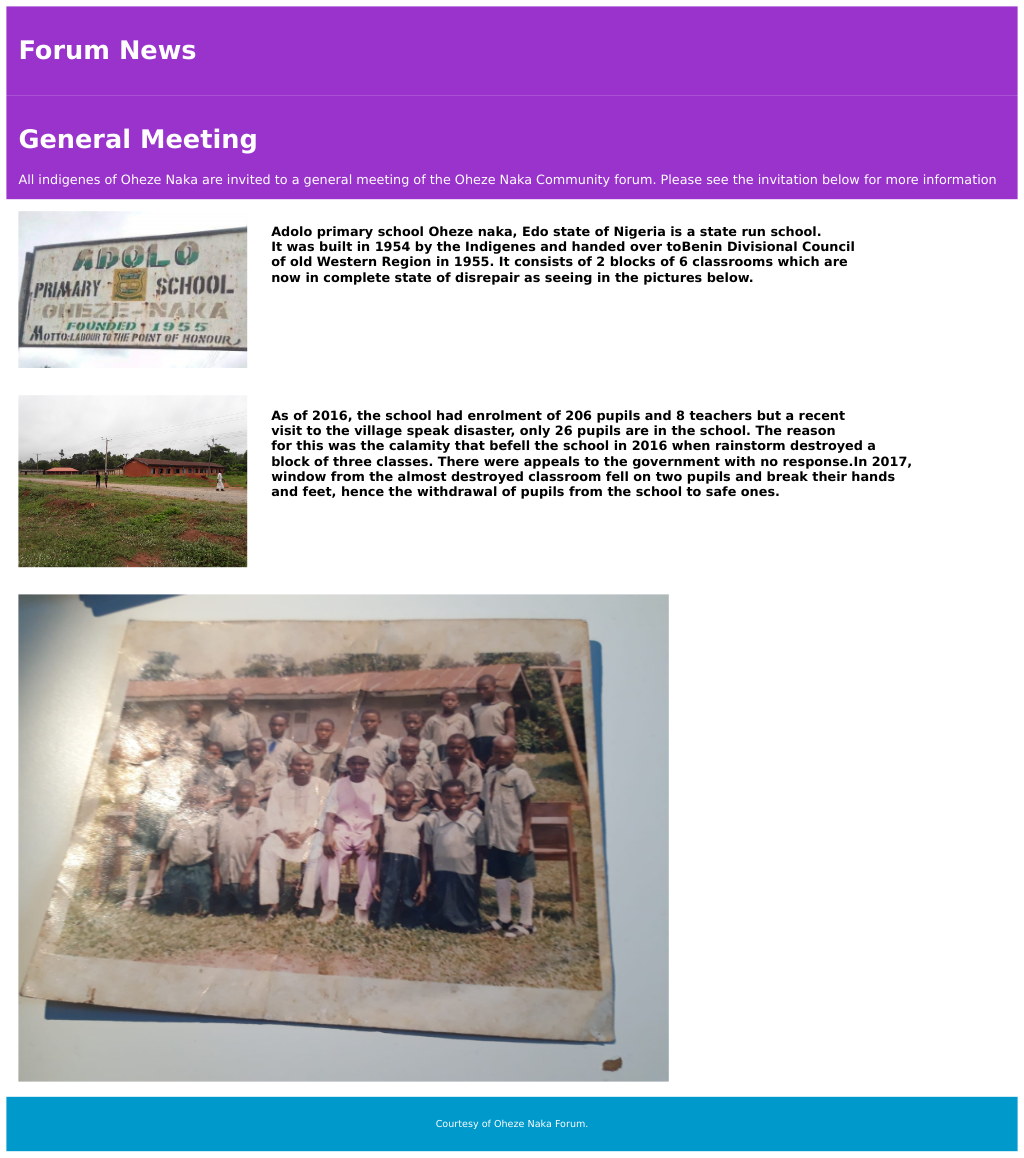
Repository: OtasowieRotimiOsifo/oheze-naka-forum
Page: activities.html
An editor plug-in stored every save of this project. The page is shown before and after the next save, followed by the edit.
The browser window is 1280 px wide. The pictures show the whole page, at 80% of full size.

Above is the page before, as saved 2021-03-20 21:22:25.

### activities.html
<!DOCTYPE html>
<html lang="en">
<head>
     <title>Oheze Naka Forum</title>

<meta name="viewport" content="width=device-width, initial-scale=1.0">

<style>
* {
  box-sizing: border-box;
}

.row::after {
  content: "";
  clear: both;
  display: table;
}

[class*="col-"] {
  float: left;
  padding: 15px;
}

img {
  max-width: 100%;
}

html {
  font-family: "Lucida Sans", sans-serif;
}

.header {
  background-color: #9933cc;
  color: #ffffff;
  padding: 15px;
}

.menu ul {
  list-style-type: none;
  margin: 0;
  padding: 0;
}

.menu li {
  padding: 8px;
  margin-bottom: 7px;
  background-color: #33b5e5;
  color: #ffffff;
  box-shadow: 0 1px 3px rgba(0,0,0,0.12), 0 1px 2px rgba(0,0,0,0.24);
}

.menu li:hover {
  background-color: #0099cc;
}

.aside {
  background-color: #33b5e5;
  padding: 15px;
  color: #ffffff;
  text-align: center;
  font-size: 14px;
  box-shadow: 0 1px 3px rgba(0,0,0,0.12), 0 1px 2px rgba(0,0,0,0.24);
}

.footer {
  background-color: #0099cc;
  color: #ffffff;
  text-align: center;
  font-size: 12px;
  padding: 15px;
}

/* For mobile phones: */
[class*="col-"] {
  width: 100%;
}

@media only screen and (min-width: 600px) {
  /* For tablets: */
  .col-s-1 {width: 8.33%;}
  .col-s-2 {width: 16.66%;}
  .col-s-3 {width: 25%;}
  .col-s-4 {width: 33.33%;}
  .col-s-5 {width: 41.66%;}
  .col-s-6 {width: 50%;}
  .col-s-7 {width: 58.33%;}
  .col-s-8 {width: 66.66%;}
  .col-s-9 {width: 75%;}
  .col-s-10 {width: 83.33%;}
  .col-s-11 {width: 91.66%;}
  .col-s-12 {width: 100%;}
}
@media only screen and (min-width: 768px) {
  /* For desktop: */
  .col-1 {width: 8.33%;}
  .col-2 {width: 16.66%;}
  .col-3 {width: 25%;}
  .col-4 {width: 33.33%;}
  .col-5 {width: 41.66%;}
  .col-6 {width: 50%;}
  .col-7 {width: 58.33%;}
  .col-8 {width: 66.66%;}
  .col-9 {width: 75%;}
  .col-10 {width: 83.33%;}
  .col-11 {width: 91.66%;}
  .col-12 {width: 100%;}
}
</style>

</head>
<body>
  <div class="header">
    <h1>Forum News</h1>
  </div>
  <div class="header">
    <h1>General Meeting</h1>
    <span> All indigenes of Oheze Naka are invited to a general meeting of the Oheze Naka Community forum. </span>
    <span>Please see the invitation below for more information</span>
  </div>
<div class="row">
<div class="col-3 col-s-3">
    <img src="img/school_sign2.jpg"/>
</div>
<div class="col-8 col-s-9">
<p>
<strong>
Adolo primary school Oheze naka, Edo state of Nigeria is a state run school.<br>
It was built in 1954 by the Indigenes and handed over toBenin Divisional Council <br>
of old Western Region in 1955. It consists of 2 blocks of 6 classrooms which are <br>
now in complete state of disrepair as seeing in the pictures below.
</strong>
</p>
</div>
</div>
<div class="row">
<div class="col-3 col-s-3">
    <img src="img/adolor.jpg"/>
</div>
<div class="col-8 col-s-9">
<p>
  <strong>
  As of 2016, the school had enrolment of 206 pupils and 8 teachers but a recent <br>
  visit to the village speak disaster, only 26 pupils are in the school. The reason <br>
  for this was the calamity that befell the school in 2016 when rainstorm destroyed a <br>
  block of three classes. There were appeals to the government with no response.In 2017,<br>
  window from the almost destroyed classroom fell on two pupils and break their hands <br>
  and feet, hence the withdrawal of pupils from the school to safe ones.
</strong>
</p>
</div>
</div>
<div class="row">
  <div class="col-8 col-s-12">
      <img src="img/pupils.jpeg"/>
  </div>
  </div>
<div class="footer">
  <p>Courtesy of Oheze Naka Forum.</p>
</div>
</body>
</html>

After the next save:
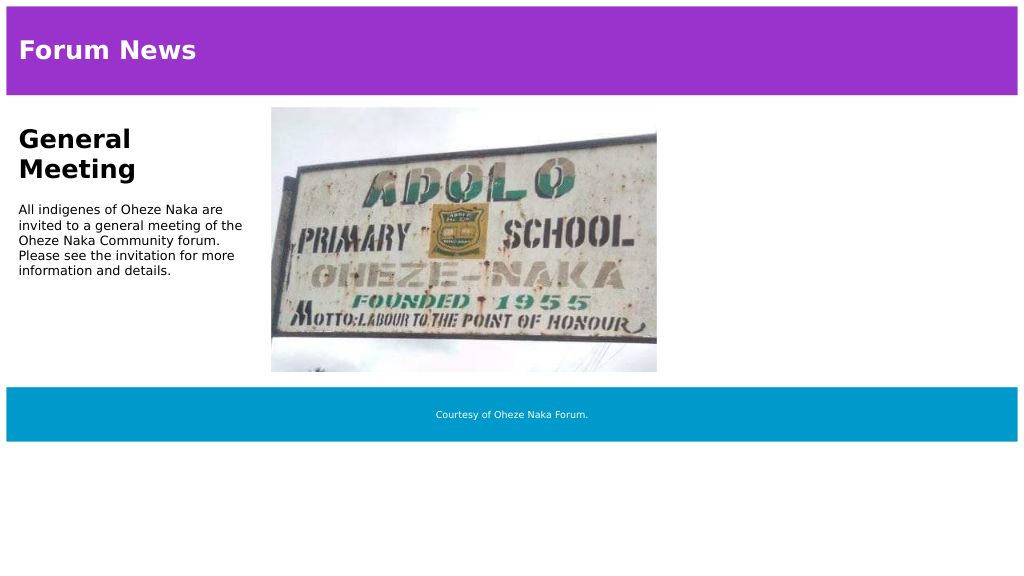
Saved 3 min 14 s later.
--- a/activities.html
+++ b/activities.html
@@ -112,48 +112,17 @@ html {
   <div class="header">
     <h1>Forum News</h1>
   </div>
-  <div class="header">
-    <h1>General Meeting</h1>
-    <span> All indigenes of Oheze Naka are invited to a general meeting of the Oheze Naka Community forum. </span>
-    <span>Please see the invitation below for more information</span>
-  </div>
 <div class="row">
+
 <div class="col-3 col-s-3">
-    <img src="img/school_sign2.jpg"/>
+  <h1>General Meeting</h1>
+  <span> All indigenes of Oheze Naka are invited to a general meeting of the Oheze Naka Community forum. </span>
+  <span>Please see the invitation for more information and details.</span>
 </div>
 <div class="col-8 col-s-9">
-<p>
-<strong>
-Adolo primary school Oheze naka, Edo state of Nigeria is a state run school.<br>
-It was built in 1954 by the Indigenes and handed over toBenin Divisional Council <br>
-of old Western Region in 1955. It consists of 2 blocks of 6 classrooms which are <br>
-now in complete state of disrepair as seeing in the pictures below.
-</strong>
-</p>
+  <img src="img/school_sign2.jpg"/>
 </div>
 </div>
-<div class="row">
-<div class="col-3 col-s-3">
-    <img src="img/adolor.jpg"/>
-</div>
-<div class="col-8 col-s-9">
-<p>
-  <strong>
-  As of 2016, the school had enrolment of 206 pupils and 8 teachers but a recent <br>
-  visit to the village speak disaster, only 26 pupils are in the school. The reason <br>
-  for this was the calamity that befell the school in 2016 when rainstorm destroyed a <br>
-  block of three classes. There were appeals to the government with no response.In 2017,<br>
-  window from the almost destroyed classroom fell on two pupils and break their hands <br>
-  and feet, hence the withdrawal of pupils from the school to safe ones.
-</strong>
-</p>
-</div>
-</div>
-<div class="row">
-  <div class="col-8 col-s-12">
-      <img src="img/pupils.jpeg"/>
-  </div>
-  </div>
 <div class="footer">
   <p>Courtesy of Oheze Naka Forum.</p>
 </div>
